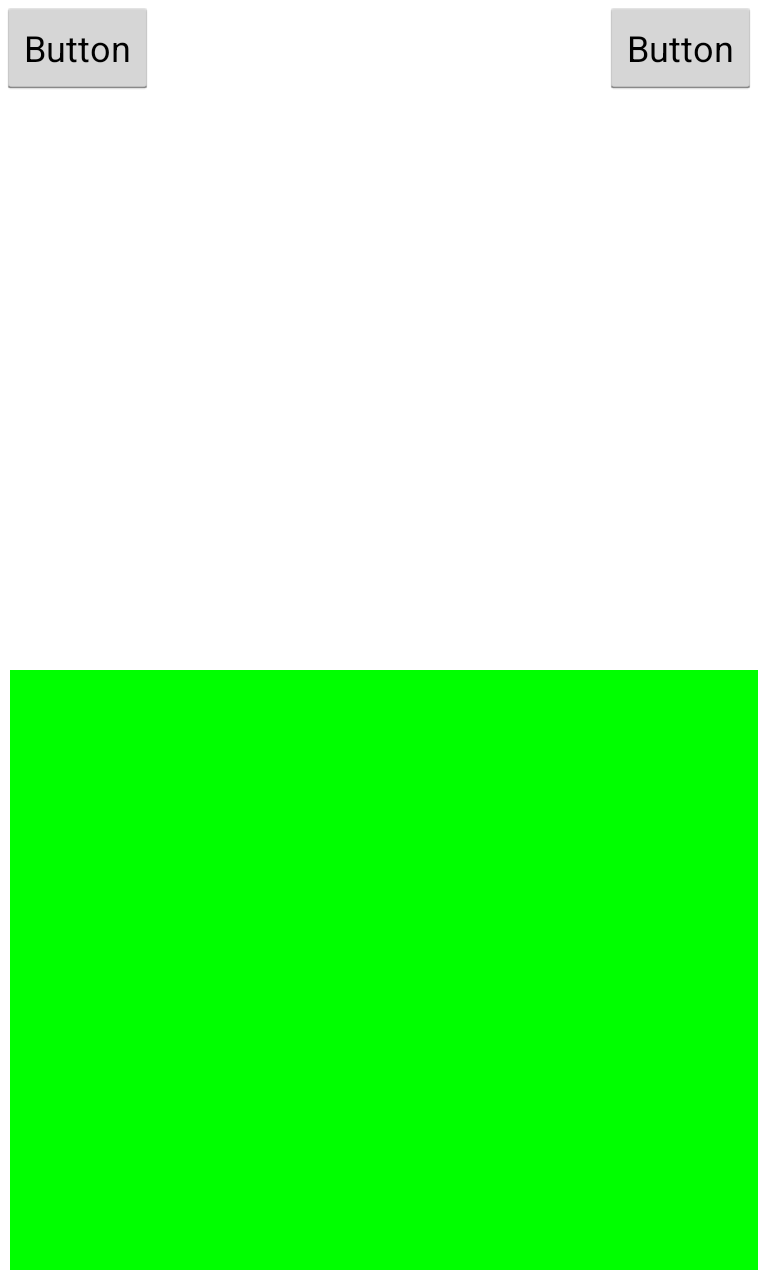
Repository: gyshankar/android
Layout: Test4/res/layout/activity_main.xml
The author's editor kept a copy of each file at every save. The layout is drawn from the files as they stood at one save, then again after the next save.
It is drawn on a 768 x 1280 px phone screen (xhdpi) without system bars, with theme AppTheme; the app's code is not run. Lists and similar views that code fills are empty.

Above is the layout before, as saved 2014-04-20 05:16:53.

After the next save:
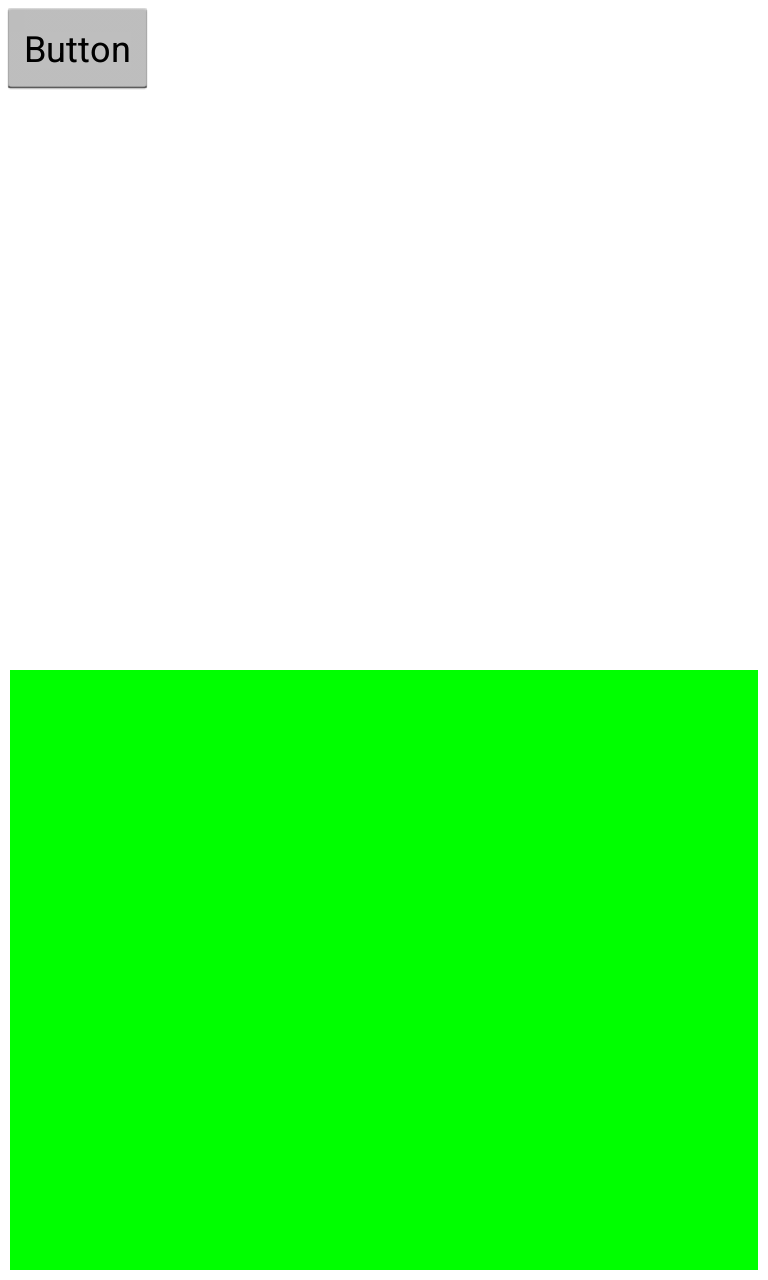
Saved 78 s later.
--- a/Test4/res/layout/activity_main.xml
+++ b/Test4/res/layout/activity_main.xml
@@ -10,7 +10,7 @@
 	    android:layout_width="wrap_content"
 	    android:layout_height="wrap_content"
 	    android:layout_alignParentTop="true"
-	    android:layout_alignRight="@+id/gridView1"
+	    android:layout_alignRight="true"
 	    android:text="Button" />
 
 	<Button
